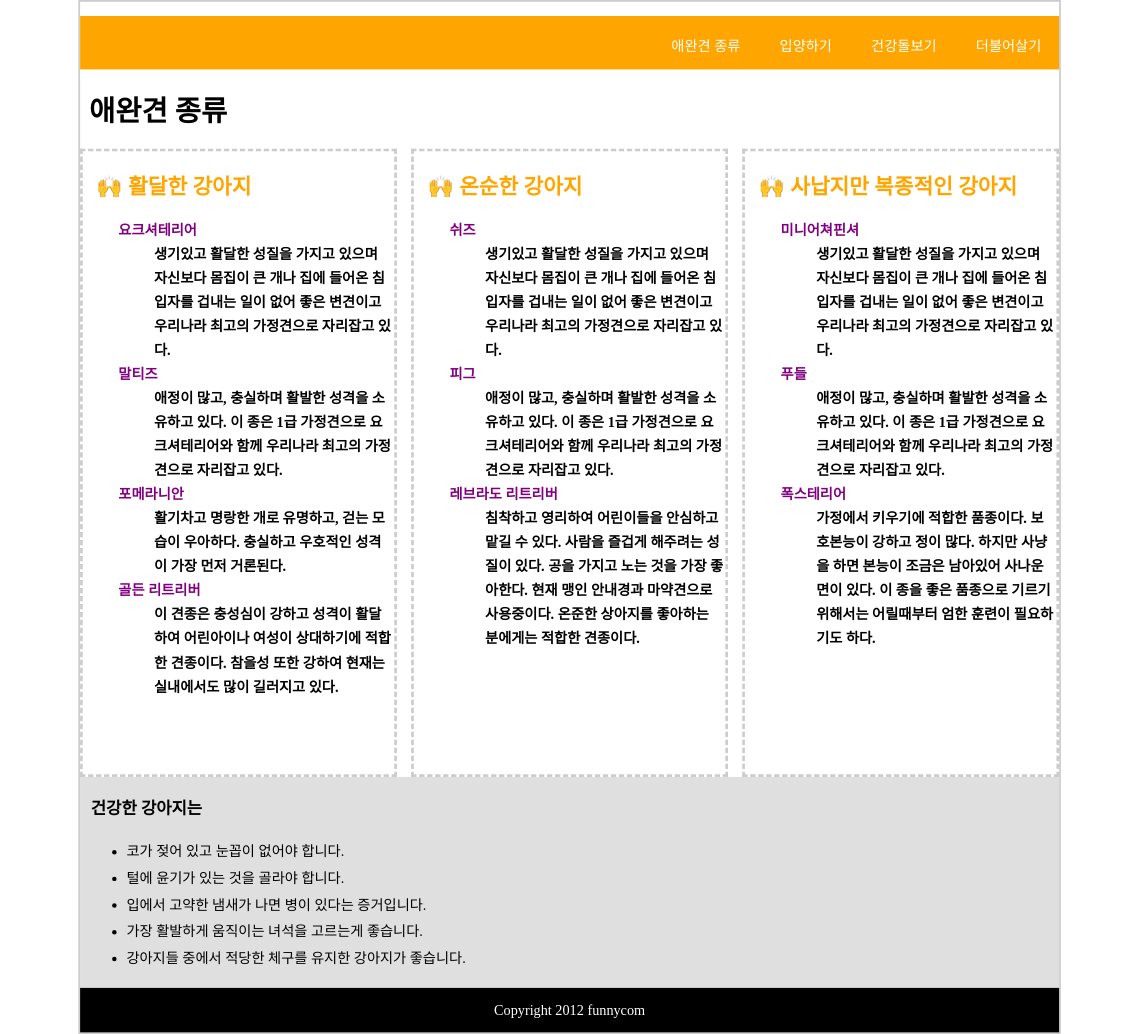
Repository: b1996om/HTML-CSS_study
Page: pro07/public/dog.html
An editor plug-in stored every save of this project. The page is shown before and after the next save, followed by the edit.
The browser window is 1280 px wide. The pictures show the whole page, at 89% of full size.

Above is the page before, as saved 2022-12-08 00:10:09.

After the next save:
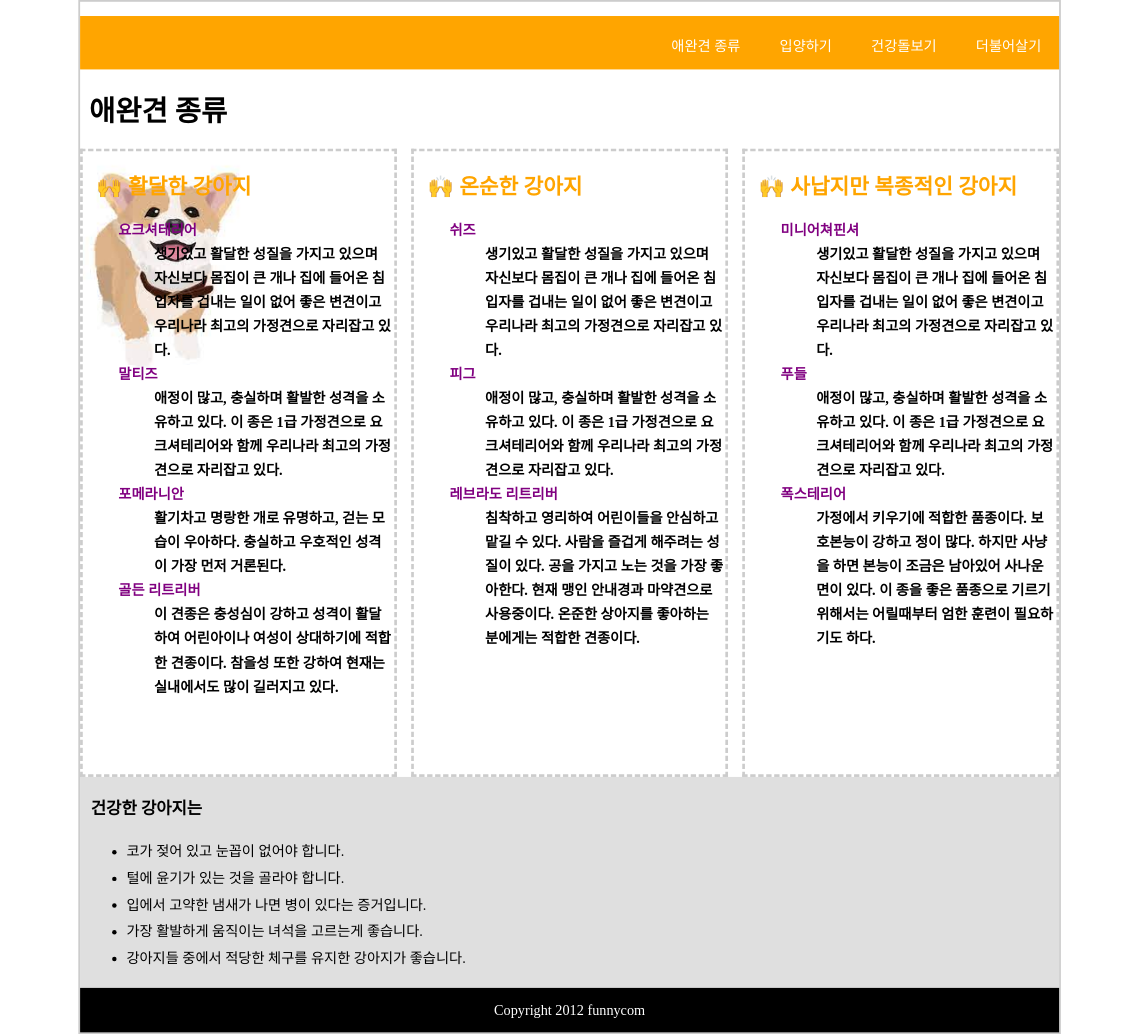
Saved 5 s later.
--- a/pro07/public/dog.html
+++ b/pro07/public/dog.html
@@ -72,7 +72,7 @@
 		h1 {
 			padding-left:10px;
 		}
-		back1 {
+		.back1 {
 			background:url(images/dog4.jpg) no-repeat;
 		}
 	</style>
